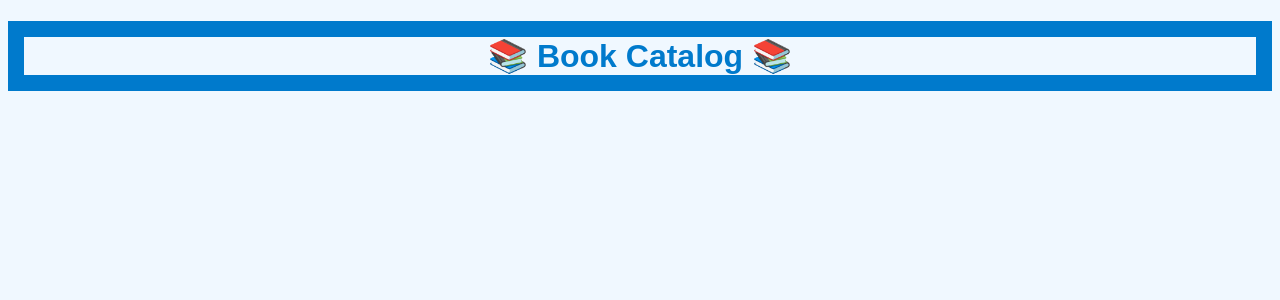
Repository: kaitlynlew/Book-Catalog
Page: /
The author's editor kept a copy of each file at every save. The page is drawn from the files as they stood at one save, then again after the next save.
The browser window is 1280 px wide. The pictures show the whole page.
The project was rebuilt for these pictures with package versions that can differ from the ones it lists, and the page was loaded fresh each time. Also part of the build but not shown: vite.config.js.

Above is the page before, as saved 2025-09-14 00:07:58.

### index.html
<!doctype html>
<html lang="en">

<head>
  <meta charset="UTF-8" />
  <meta name="viewport" content="width=device-width, initial-scale=1.0" />
  <title>📚 Book Catalog</title>
</head>

<body>
  <div id="root"></div>
  <script type="module" src="/src/main.jsx"></script>
</body>

</html>

### src/App.jsx

function App() {
  return <h1>📚 Book Catalog 📚</h1>;
}

export default App;

### src/App.css
/* index.css */
body {
  background-color: #f0f8ff;
  font-family: sans-serif;
}

h1 {
  color: #007acc;
  text-align: center;
  border: 1rem solid #007acc;
}

Loaded but not shown: src/main.jsx (common file)

After the next save:
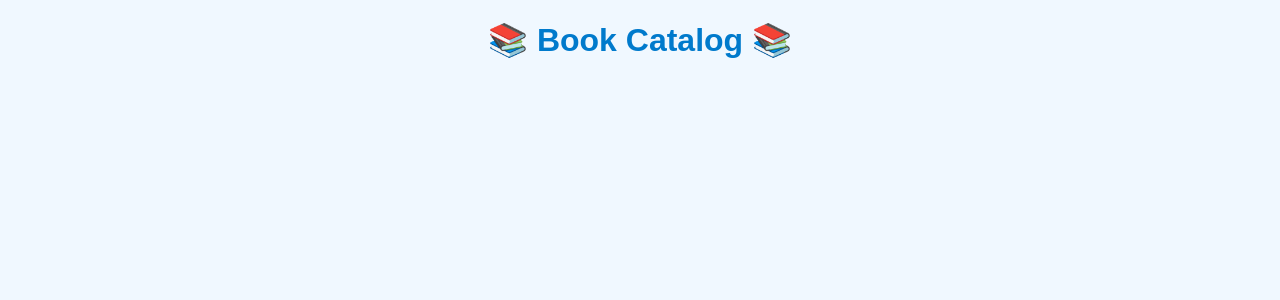
Saved 11 s later.
--- a/src/App.css
+++ b/src/App.css
@@ -7,5 +7,5 @@ body {
 h1 {
   color: #007acc;
   text-align: center;
-  border: 1rem solid #007acc;
+fill: #007acc;
 }
